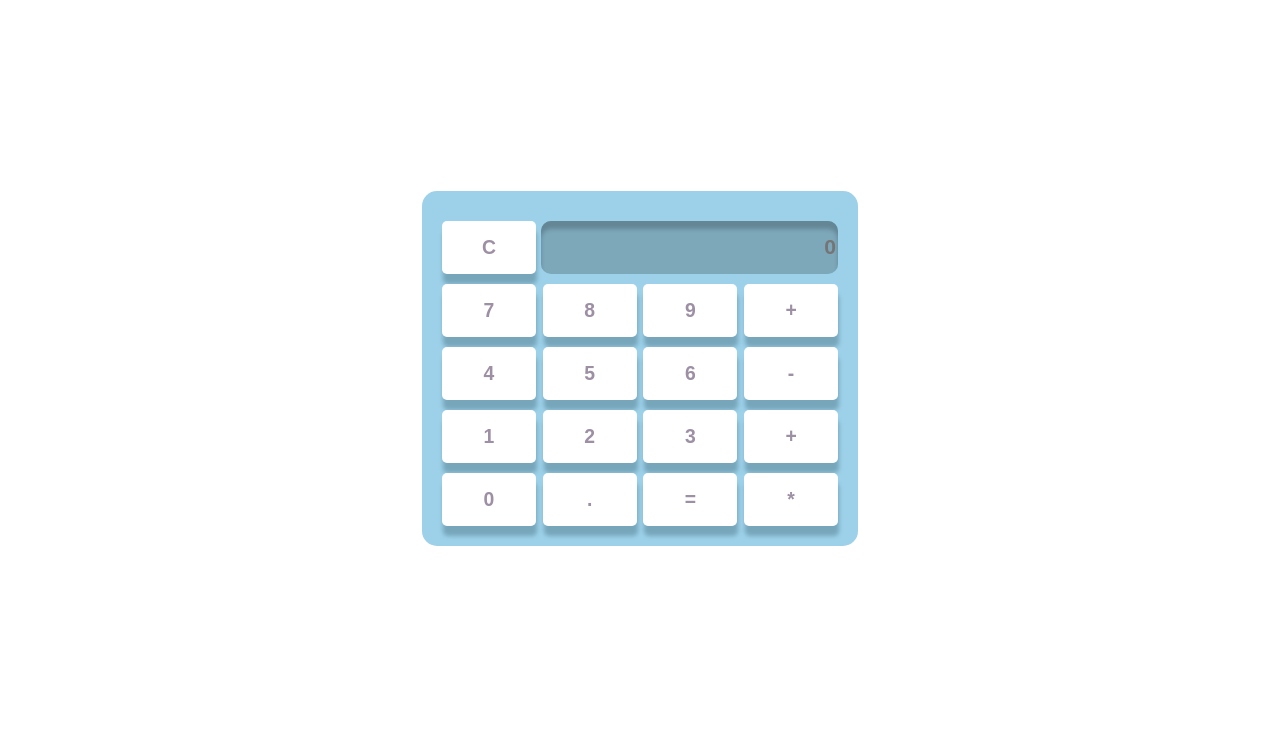
Repository: sem1103/calculator
Page: index.html
The author's editor kept a copy of each file at every save. The page is drawn from the files as they stood at one save, then again after the next save.
The browser window is 1280 px wide. The pictures show the whole page.

Above is the page before, as saved 2023-11-02 08:22:56.

### index.html
<!DOCTYPE html>
<html lang="en">

<head>
    <meta charset="UTF-8">
    <meta name="viewport" content="width=device-width, initial-scale=1.0">
    <title>Calc</title>
    <style>
        * {
            box-sizing: border-box;
            font: bold 1.1rem arial;
        }

        .calc__container {
            display: flex;
            justify-content: center;
            height: 100vh;
            align-items: center;
        }

        .calc__wrapper {
            max-width: 900px;
            background-color: #9cd1e9;
            padding: 20px;
            border-radius: 15px;
        }

        .calc__display {
            box-shadow: inset 0px 8px 4px 0px #658695;
            background-color: #7da8ba;
            flex: 1;
            border-radius: 10px;
            border: 0;
            outline: 0;
            text-align: right;
            font-size: 1.2rem;
            color: #fff;
        }

        .calc__main,
        .calc__header {
            display: flex;
            flex-direction: row;
            flex-wrap: wrap;
            justify-content: space-between;
            row-gap: 10px;
            column-gap: 5px;

        }

        .calc__header {
            margin: 10px 0;
        }

        button {
            padding: 15px 5px;
            text-align: center;
            background-color: #fff;
            box-shadow: 1px 10px 4px #77a6bb;
            flex-basis: calc(25% - 5px);
            border: 0;
            border-radius: 5px;
            cursor: pointer;
            color: #9d8fa4;
            transition: all .1s ease-in-out;
        }
        button:active{
            box-shadow: 1px 0 4px #77a6bb;
            transform: translate(0,3px);
            background-color: #d1d1d1;
        }
        button:hover{
            background-color: #d1d1d1;
        }

    </style>
</head>

<body>
    <div class="calc__container">
        <div class="calc__wrapper">
            <div class="calc__header">
                <button onclick="clearDisplay()">C</button>
                <input id="display" class="calc__display" type="text" placeholder="0">

                </input>
            </div>
            <div class="calc__main">
                <button onclick="setValueHandle(this)" >7</button>
                <button onclick="setValueHandle(this)">8</button>
                <button onclick="setValueHandle(this)">9</button>
                <button onclick="setValueHandle(this)">+</button>
                <button onclick="setValueHandle(this)">4</button>
                <button onclick="setValueHandle(this)">5</button>
                <button onclick="setValueHandle(this)">6</button>
                <button onclick="setValueHandle(this)">-</button>
                <button onclick="setValueHandle(this)">1</button>
                <button onclick="setValueHandle(this)">2</button>
                <button onclick="setValueHandle(this)">3</button>
                <button onclick="setValueHandle(this)">+</button>
                <button onclick="setValueHandle(this)">0</button>
                <button onclick="setValueHandle(this)">.</button>
                <button onclick="calcSumm()">=</button>
                <button onclick="setValueHandle(this)">*</button>
            </div>
        </div>
    </div>


    <script>
        let calcDisplay = document.getElementById('display');


        function setValueHandle(e){

            if(/[a-zA-Zа-яА-ЯёЁ]/.test(calcDisplay.value)){
                console.log(1);
                calcDisplay.value = e.innerHTML;
                return;
            }
            calcDisplay.value += e.innerHTML;
        }

        function clearDisplay(){
            calcDisplay.value = '';
        }

        function calcSumm() {
            let value = calcDisplay.value;


            value = value.replace(/\s/g, '');
            let operators = value.split('').filter(item => {
                if(item == '+' || item == '-' || item == '*' || item == '/') return item;
            })
            let numbers = value.split(/[+\-*/]/).map(Number);

            let result = numbers[0];
            console.log(operators);
            if(!value.trim()|| !operators.length || value[1] == operators[0]){
                calcDisplay.value = 'Ошибка!';
                return;
            }

            operators.forEach((item, index) => {
                if(item == '+'){
                    result += numbers[index + 1]
                }else if(item == '-'){
                    result -= numbers[index + 1]
                }else if(item == '/'){
                    result /= numbers[index + 1]
                    if(numbers[index + 1] == 0) calcDisplay.value = 'На ноль делить нельзя!!'
                } else result *= numbers[index + 1]
            });

        calcDisplay.value = result;

        }


    </script>
</body>

</html>

After the next save:
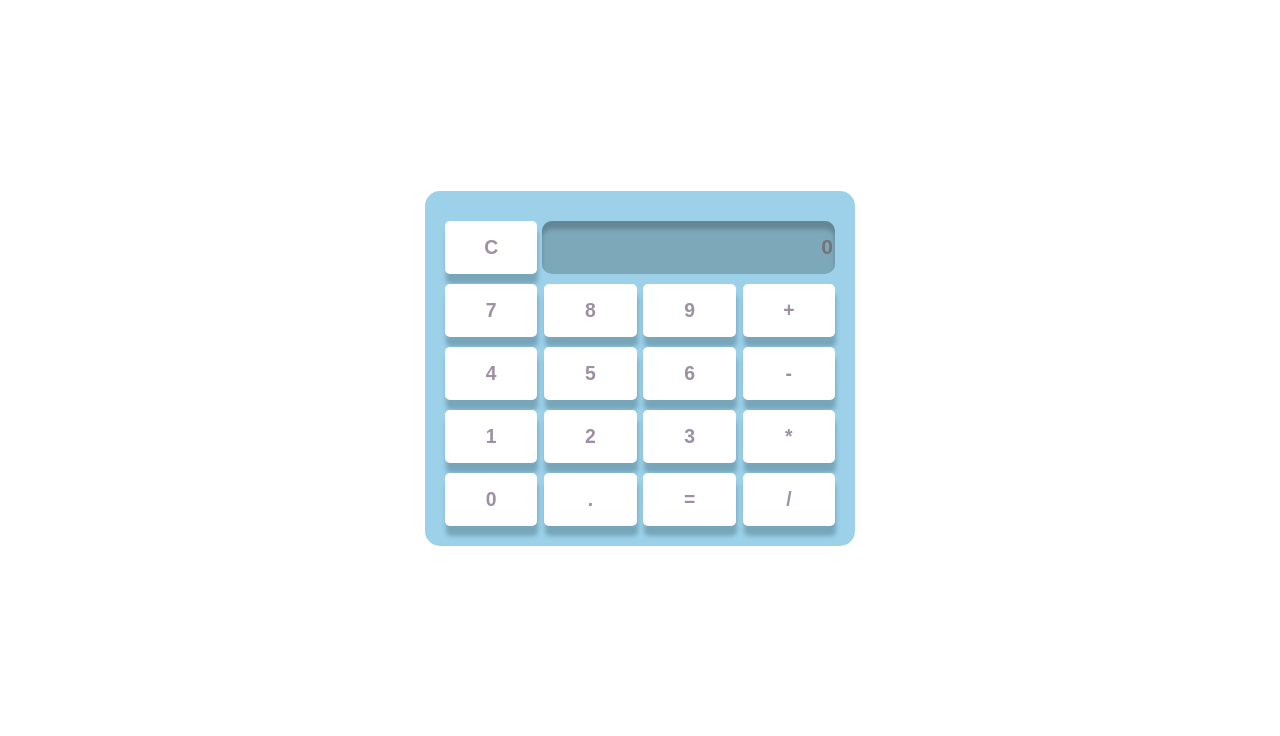
Saved 47 s later.
--- a/index.html
+++ b/index.html
@@ -97,11 +97,11 @@
                 <button onclick="setValueHandle(this)">1</button>
                 <button onclick="setValueHandle(this)">2</button>
                 <button onclick="setValueHandle(this)">3</button>
-                <button onclick="setValueHandle(this)">+</button>
+                <button onclick="setValueHandle(this)">*</button>
                 <button onclick="setValueHandle(this)">0</button>
                 <button onclick="setValueHandle(this)">.</button>
                 <button onclick="calcSumm()">=</button>
-                <button onclick="setValueHandle(this)">*</button>
+                <button onclick="setValueHandle(this)">/</button>
             </div>
         </div>
     </div>
